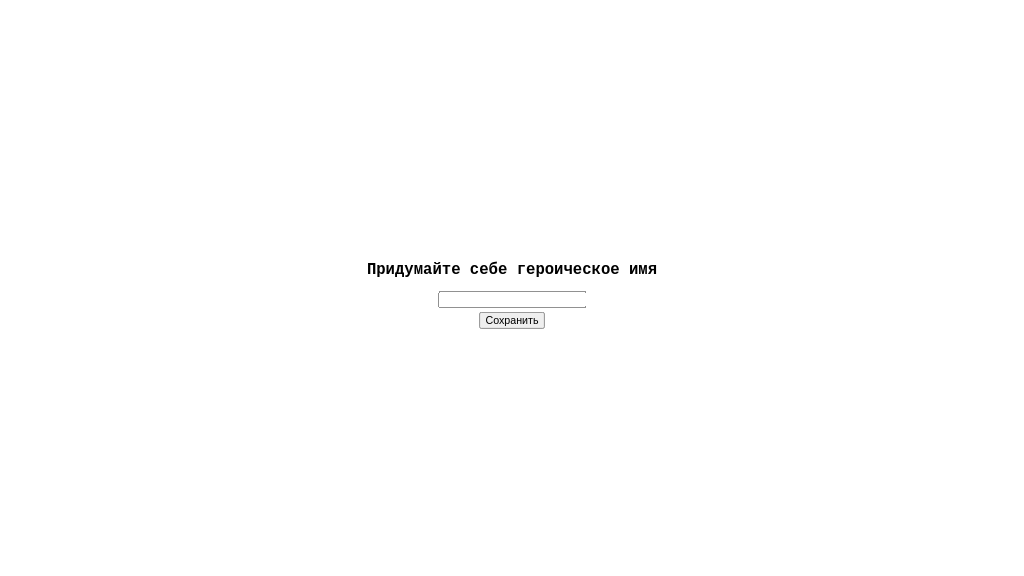
Repository: Cat-Of-Devil/tic-tac-toe-online
Page: index.html
The author's editor kept a copy of each file at every save. The page is drawn from the files as they stood at one save, then again after the next save.
The browser window is 1280 px wide. The pictures show the whole page, at 80% of full size.

Above is the page before, as saved 2019-08-05 22:55:11.

After the next save:
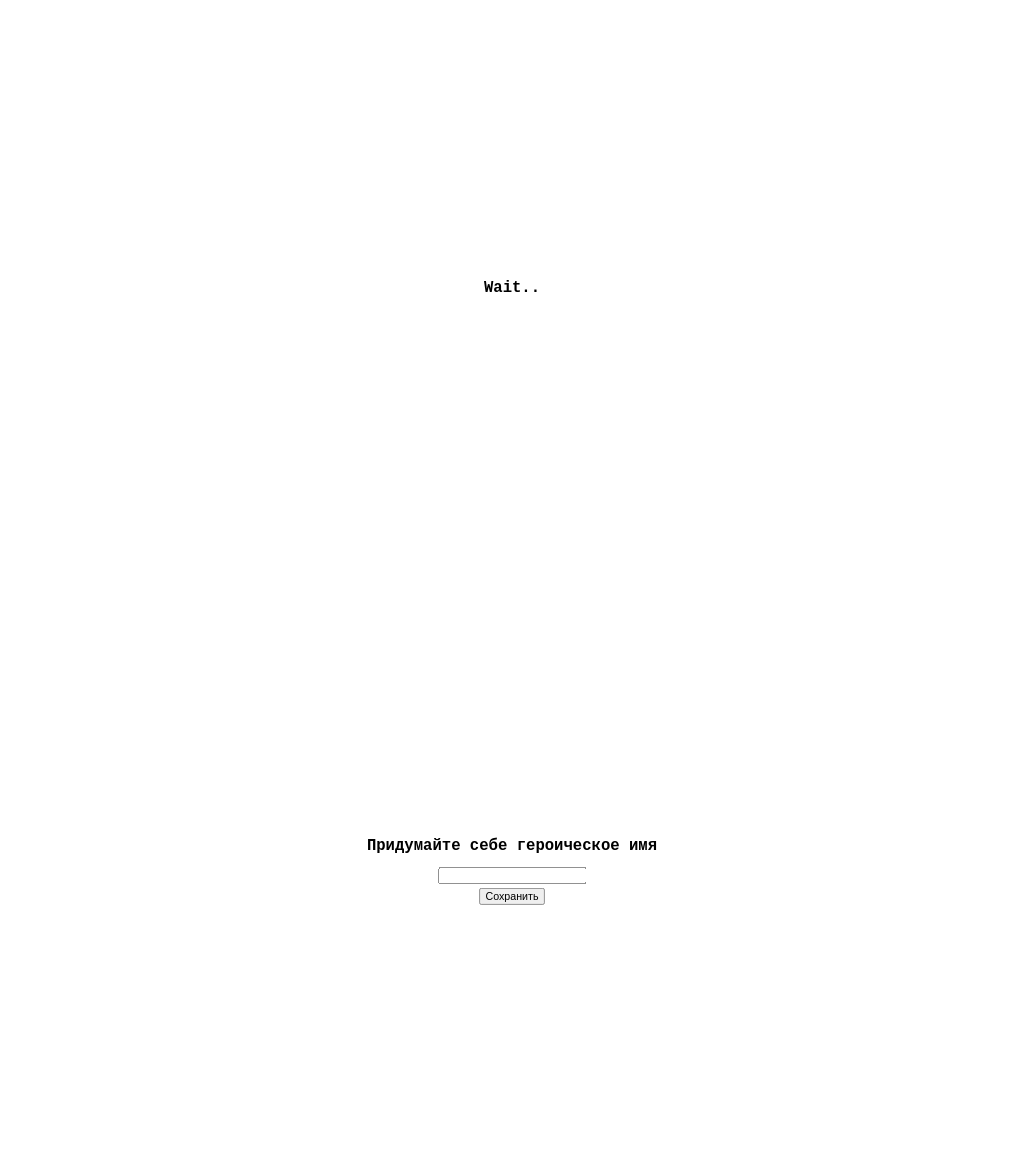
Saved 50 s later.
--- a/main.js
+++ b/main.js
@@ -26,9 +26,7 @@
   function onHashChange() {
     let hash = location.hash.slice(1);
     let screen = hash.replace(/(\/?([^\/]+)\/?.*)/, "$2");
-
     console.log('screen: ', screen);
-    hideAllScreen();
 
     switch(screen) {
       case "sign-in": showSignInScreen(); break;
@@ -46,6 +44,7 @@
   }
 
   function showScreen(el){
+
     el.classList.remove('hidden');
   }
 

After the save that followed:
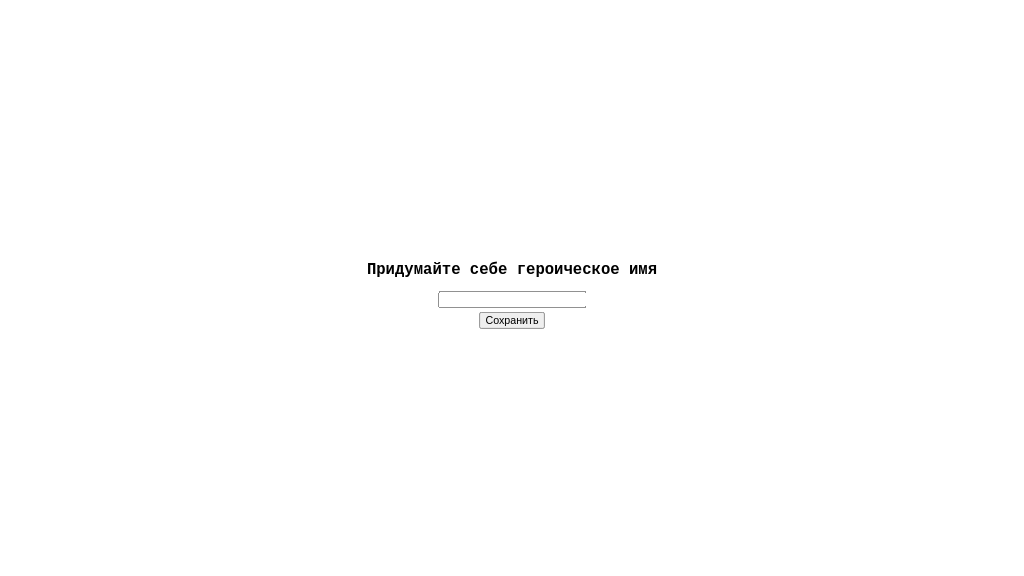
Saved 12 s later.
--- a/main.js
+++ b/main.js
@@ -44,7 +44,7 @@
   }
 
   function showScreen(el){
-
+    hideAllScreen();
     el.classList.remove('hidden');
   }
 
